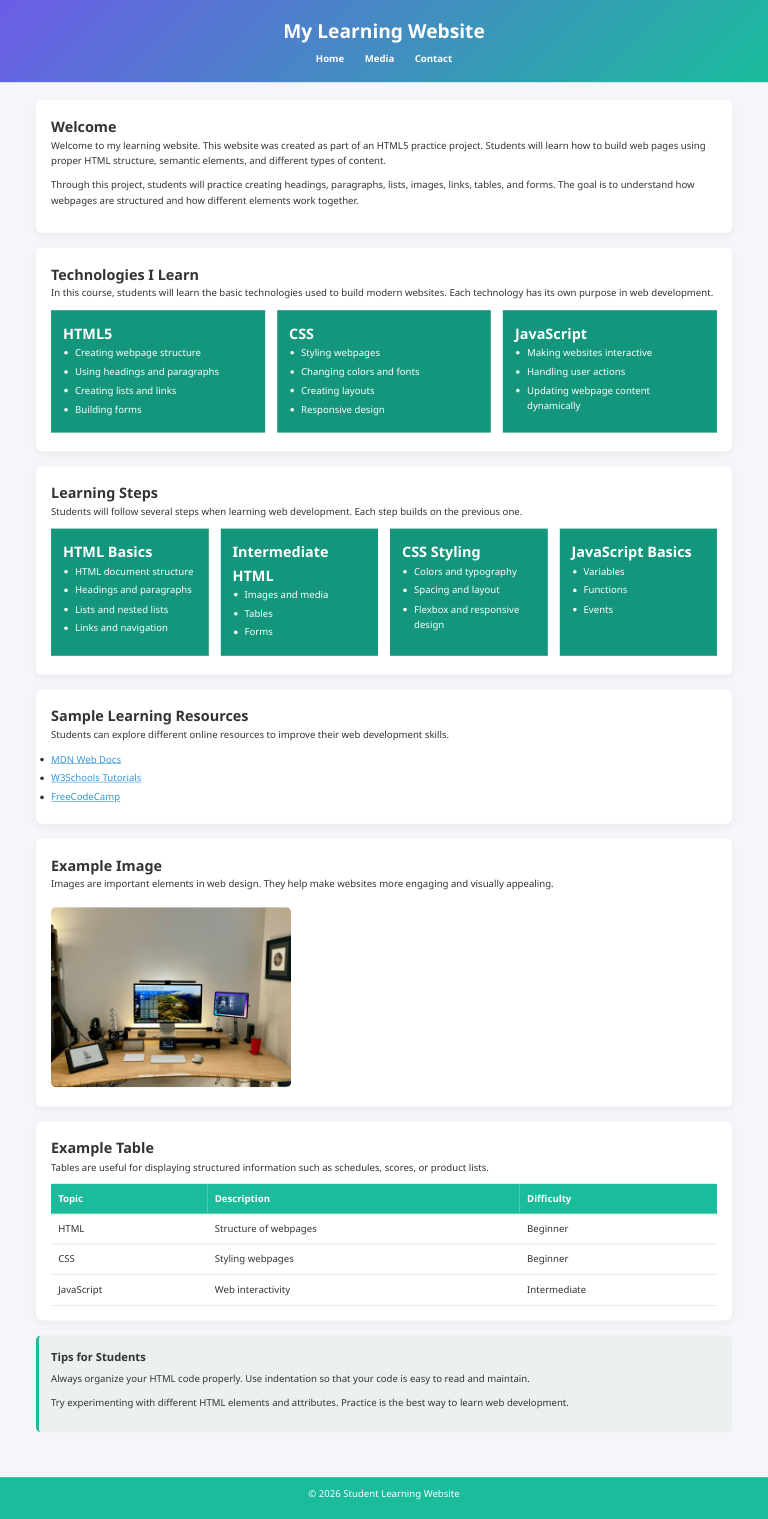
Repository: Than-sothearak/web_client_programing
Page: Week_03/index.html
These files come from the project's save history. The page is drawn as it stood at one moment and after the next save; the edit follows.
The browser window is 1280 px wide. The pictures show the whole page, at 60% of full size.

Above is the page before, as saved 2026-03-24 21:27:04.

After the next save:
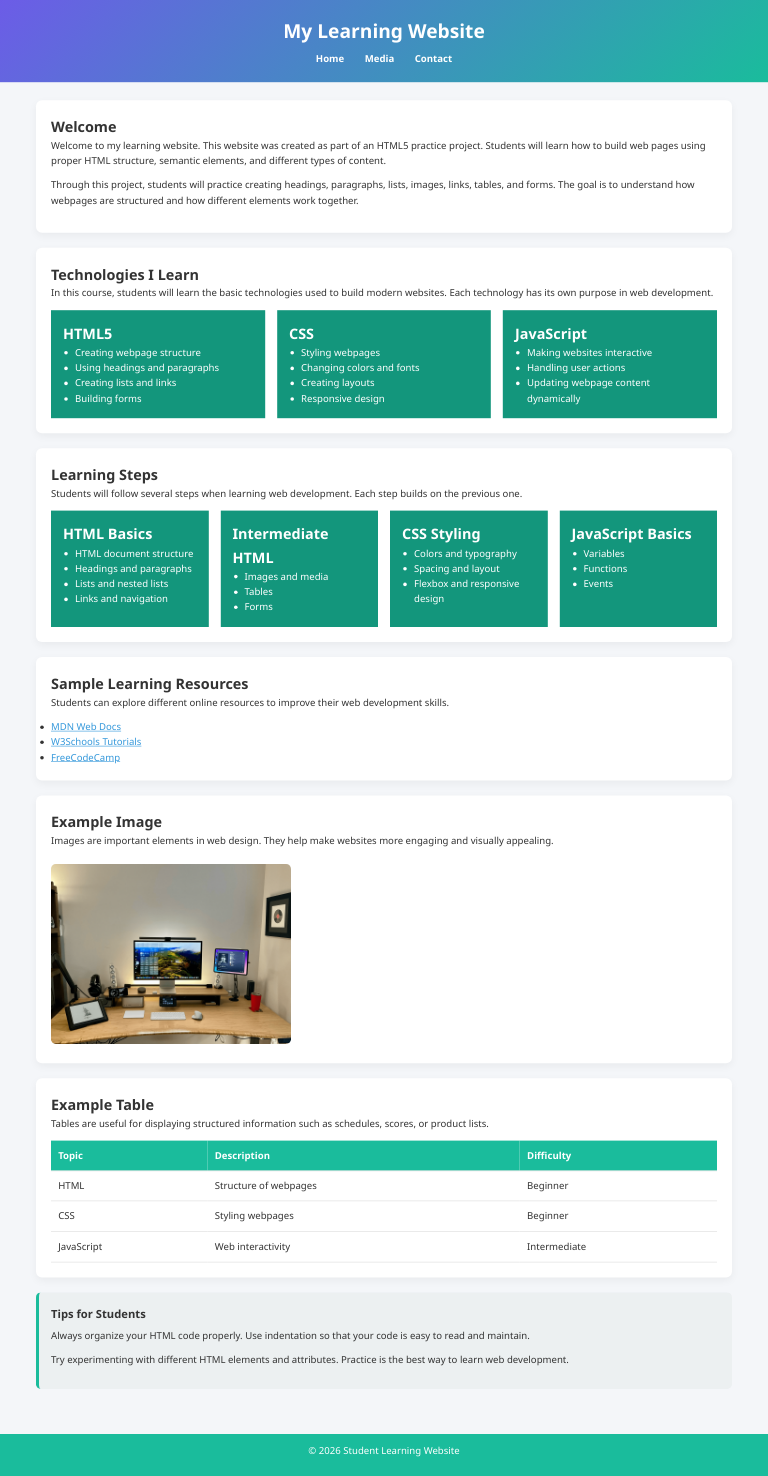
Saved 5 s later.
--- a/Week_03/styles.css
+++ b/Week_03/styles.css
@@ -105,9 +105,7 @@ p {
   list-style:disc;
 }
 
-li {
-  margin-bottom: 6px;
-}
+
 
 /* Links */
 
